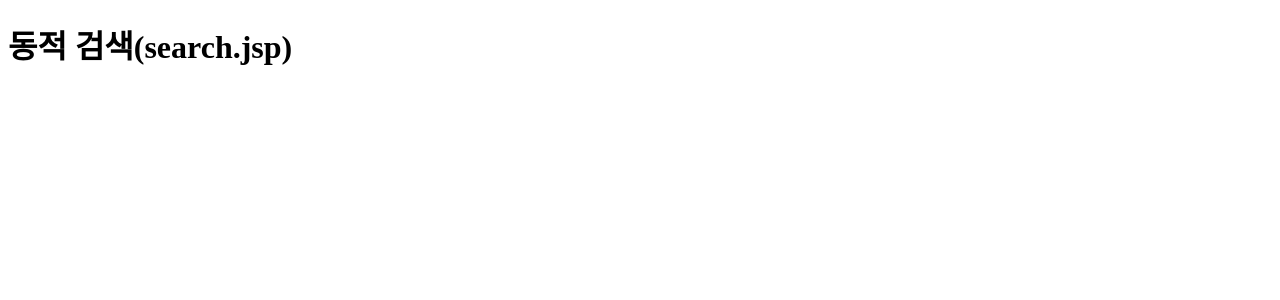
Repository: devnewbie-gt/60_web
Page: http://localhost/16_MVC_HR_FrontController/controller?type=search
An editor plug-in stored every save of this project. The page is shown before and after the next save, followed by the edit.
The browser window is 1280 px wide. The pictures show the whole page.
The page is served by Tomcat 9.

Above is the page before, as saved 2021-02-07 08:20:19.

After the next save:
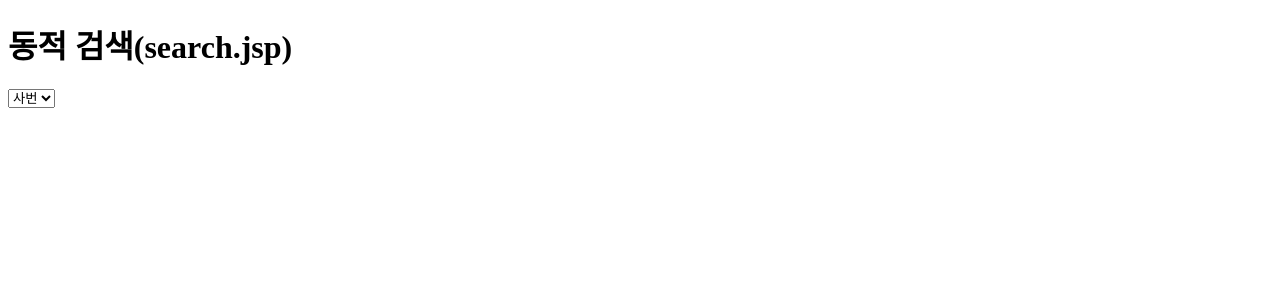
Saved 86 s later.
--- a/16_MVC_HR_FrontController/WebContent/search.jsp
+++ b/16_MVC_HR_FrontController/WebContent/search.jsp
@@ -9,7 +9,12 @@
 <body>
 	<h1>동적 검색(search.jsp)</h1>
 	<form action="controller?type=search" method="post">
-
+		<select name="idx">
+			<option value="0">사번</option>
+			<option value="1">이름</option>
+			<option value="2">직종</option>
+			<option value="3">부서</option>
+		</select>
 	</form>
 </body>
 </html>
